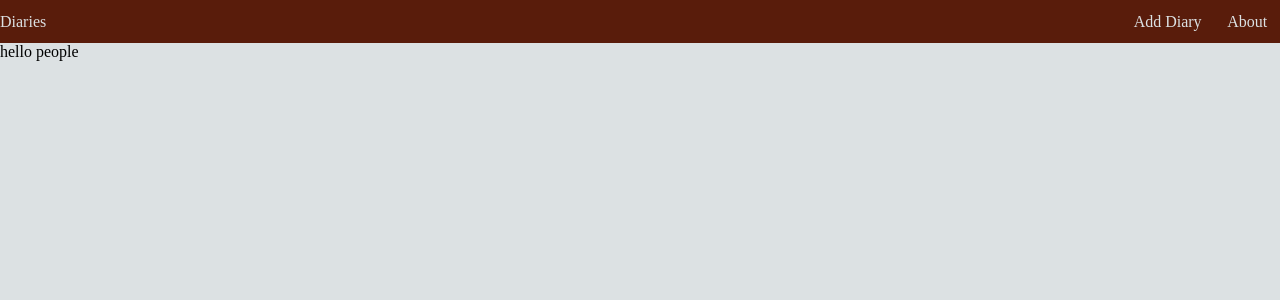
Repository: Tun-Dev/mydiary
Page: /
An editor plug-in stored every save of this project. The page is shown before and after the next save, followed by the edit.
The browser window is 1280 px wide. The pictures show the whole page.
The project was rebuilt for these pictures with package versions that can differ from the ones it lists, and the page was loaded fresh each time.

Above is the page before, as saved 2021-05-10 12:27:56.

### src/index.js
import React from 'react';
import ReactDOM from 'react-dom';
import {BrowserRouter} from 'react-router-dom'
import App from './App';


ReactDOM.render(

  <React.StrictMode>
  <BrowserRouter>
    <App />
    </BrowserRouter>
  </React.StrictMode>,
  document.getElementById('root')
);

// If you want to start measuring performance in your app, pass a function
// to log results (for example: reportWebVitals(console.log))
// or send to an analytics endpoint. Learn more: https://bit.ly/CRA-vitals

### src/App.js
import React, { useState, useEffect} from "react";
import GlobalStyle from './GlobalStyle'

// import styles
import Nav from './Layout/Nav.js';

function App() {
  // const [ name, setName ] = useState("");
  // useEffect( () => {
  //   fetch("https://my-json-server.typicode.com/Codeinwp/front-end-internship-api/posts")
  // .then((response) => response.json())
  // .then((data) => setName(data)
  // )
  // }, [] )
  return (
    <div className="App">
    <GlobalStyle />
    <Nav />
    <div className="container">
      <p>hello people </p>
    </div>
    </div>
  );
}

export default App;

### src/GlobalStyle.js
import {createGlobalStyle} from 'styled-components';

const GlobalStyle = createGlobalStyle`
  * {
      margin: 0;
      padding: 0;
      box-sizing: border-box;
  }
  body {

 background-color: #dce1e3;
}
 a {
    text-decoration: none;
}
`

export default GlobalStyle;

### src/Layout/Nav.js
import React from 'react';
import styled from 'styled-components';
import {Link} from 'react-router-dom'

const Nav = () => {
    return (
        <NavBar>
          <nav>
         <div className="header">
           Diaries
         </div>
         <ul className="navItens">
           <li><Link to="">Add Diary</Link></li>
           <li><Link to="">About</Link></li>
         </ul>
          </nav>
        </NavBar>
    )
}
const NavBar = styled.div`

  nav {
    display: flex;
    justify-content: space-between;
    align-items: center;
    background-color: #591c0b;
     height: 6vh;
     color: #dce1e3;
    margin: auto 0;
}
ul {
    display: flex;
}
ul li {
    list-style: none;
    margin: 0 0.8rem;
}
ul li a {
    color: #dce1e3;
}
`;

export default Nav;

Loaded but not shown: public/index.html (common file)

After the next save:
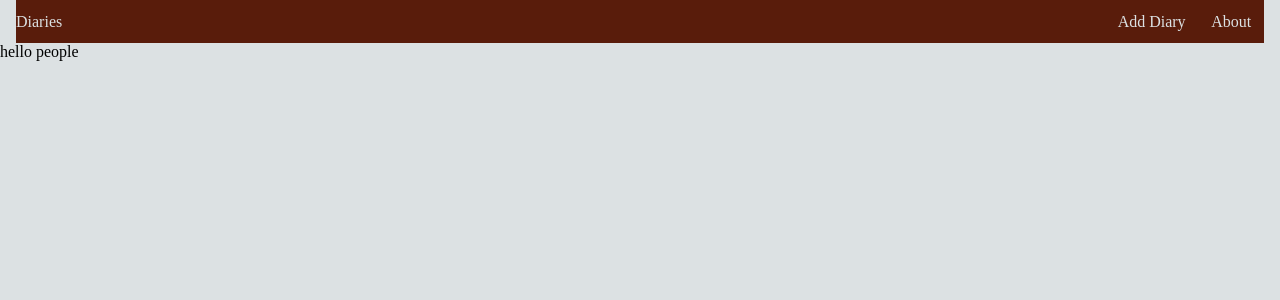
Saved 23 s later.
--- a/src/Layout/Nav.js
+++ b/src/Layout/Nav.js
@@ -26,7 +26,7 @@ const NavBar = styled.div`
     background-color: #591c0b;
      height: 6vh;
      color: #dce1e3;
-    margin: auto 0;
+    margin: auto 1rem;
 }
 ul {
     display: flex;
